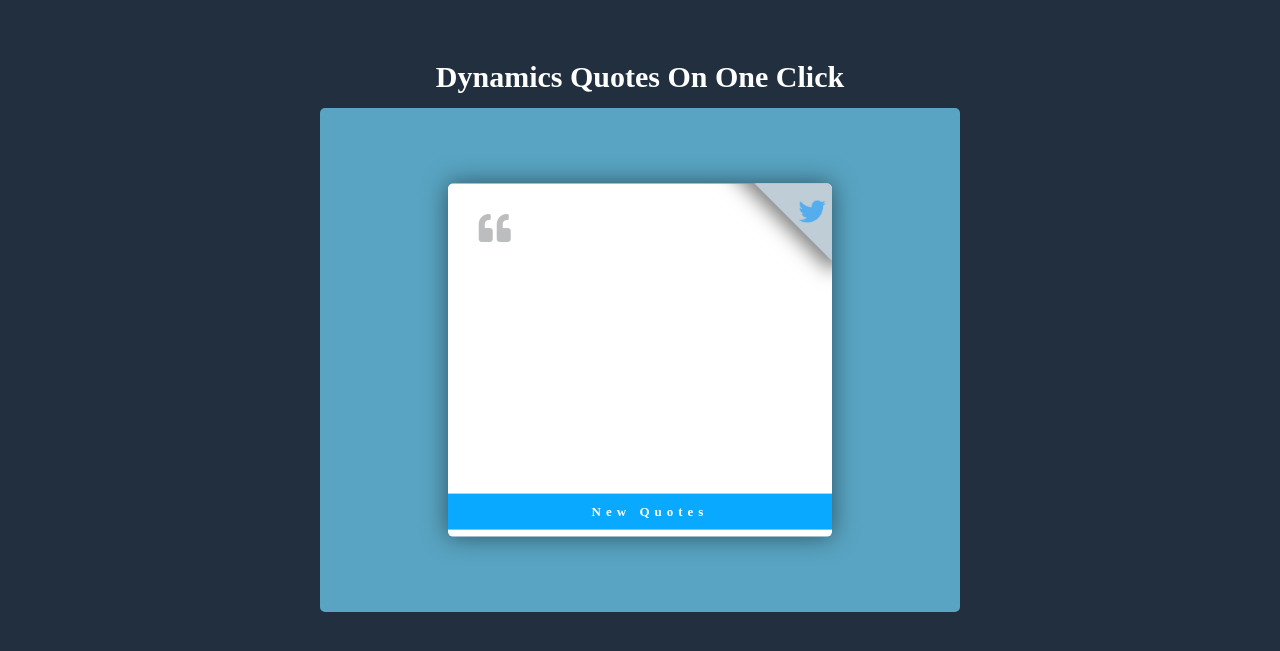
Repository: AalokJadhav/Dynamic_Quotes
Page: index.html
These files come from the project's save history. The page is drawn as it stood at one moment and after the next save; the edit follows.
The browser window is 1280 px wide. The pictures show the whole page.
The page's requests for data from a server got no answer. Some web libraries are served in a nearby version.

Above is the page before, as saved 2020-11-07 16:41:20.

### index.html
<!DOCTYPE html>
<html lang="en">

<head>
    <meta charset="UTF-8">
    <meta name="viewport" content="width=device-width, initial-scale=1.0">
    <link rel="stylesheet" href="https://cdnjs.cloudflare.com/ajax/libs/font-awesome/5.10.0/css/all.min.css" integrity="sha512-PgQMlq+nqFLV4ylk1gwUOgm6CtIIXkKwaIHp/PAIWHzig/lKZSEGKEysh0TCVbHJXCLN7WetD8TFecIky75ZfQ==" crossorigin="anonymous" />
    <link rel="stylesheet" href="https://unpkg.com/aos@2.3.1/dist/aos.css">
    <link rel="stylesheet" href="style.css">
    <title>Quotes</title>
</head>

<body>
    <h2 class="header">Dynamics Quotes On One Click</h2>
    <div class="container">
        <div class="inner" data-aos="zoom-in">
            <div class="box">
                <p class="number">
                    <img src="images/twitter_logo.png" alt="tweetMe" title="tweetMe" id="tweetMe">
                </p>
                <div class="text">
                    <i class='start-quote fas fa-quote-left'></i>
                    <p id="quotes" class="quote"></p>
                    <p id="author" class="author"></p>
                    <label class="button">
                        <p id="newQ">New Quotes</p>
                    </label>
                </div>
            </div>
        </div>
    </div>

    <script src="https://unpkg.com/aos@2.3.1/dist/aos.js"></script>
    <script>
        AOS.init();
        const quotes = document.getElementById('quotes');
        const author = document.getElementById('author');
        const newQ = document.getElementById('newQ');

        let realData = '';
        let quotesData = '';
        const tweetNow = () => {
            let tweetPost = `https://twitter.com/intent/tweet?text=${quotesData.text} ${quotesData.author}`;
            window.open(tweetPost);
        }
        let getNewQuotes = () => {
            let rnum = Math.floor(Math.random() * 20);
            quotesData = realData[rnum];
            console.log('Quote:', quotesData.text);
            console.log('Author:', quotesData.author);

            quotes.innerText = `${quotesData.text}`;
            // author.innerText = `${quotesData.author}`;
            quotesData.author == null? (author.innerText = 'Unknown'): author.innerText = `${quotesData.author}`

        }
        const getQuotes = async () => {
            const api = 'https://type.fit/api/quotes';
            try {
                let data = await fetch(api);
                realData = await data.json();
                getNewQuotes();
                console.log('Total Quotes Length:', realData.length);
                // console.log(realData[10].author);
            } catch (error) { }
        };
        newQ.addEventListener('click', getNewQuotes);
        tweetMe.addEventListener('click', tweetNow)
        getQuotes();
    </script>
</body>

</html>

### style.css
*{
    padding:0;
    margin:0;
}

body{
    background: #222f3e;
}

/* Header Title */
.header {
    padding: 60px;
    text-align: center;
    /* background: #1abc9c; */
    color: white;
    font-size: 30px;
  }
.container{
    position: absolute;
    top:50%;
    left:50%;
    transform : translate(-50%,-50%);
    width:50vw;
    height:70vh;
    background: rgb(88, 164, 194);
    border-radius: 5px;
    font-family: "dancing script" , cursive;
    overflow: hidden;
    color: #797d7f;
    letter-spacing: 0.5px;
    display: grid;
    place-items: center;
}

.inner{
    position: absolute;
    height: 100%;
    width: 75%;
    opacity: 1;
    -webkit-transition: 1s;
    transition: 1s;
}

.box{
    position: absolute;
    top : 50%;
    left:50%;
    width:80%;
    height:70%;
    transform: translate(-50%,-50%);
    background: white;
    border-radius: 5px;
    overflow: hidden;
    box-shadow: 0 0 1.5rem rgba(0,0,0,0.5);
    font-size: 1.3rem;
}

.number::before{
    content:"";
    position: absolute;
    top:-130px;
    right: 5px;
    width: 60px;
    height: 200px;
    background: rgb(190, 205, 214);
    transform: rotate(-45deg);
    z-index: -1;
    box-shadow: 0 0 1.2rem 0.5rem rgba(0,0,0,0.5);
}

.number {
    font-family: var(--sans);
    position: absolute;
    margin: 0;
    top:15px;
    right:15px;
    color : rgba(255,255,255,0.7);
}

.number img{
    width:40px;
    height:40px;
    position: absolute;
    left:-25px;
    top: -7px;
    cursor: pointer;
    animation: rot 1s linear;
}

.number:hover img{
    animation : rot 1s linear;
}

@keyframes rot{
    from{
        transform: rotate(0deg);
    }
    to{
        transform: rotate(360deg);
    }
}

.quote{
    position: absolute;
    top:40%;
    left:50%;
    transform: translate(-50%,-50%);
    width:80%;
    font-size: 1rem;;
}

.author{
    position: absolute;
    top: 68%;
    left :60%;
    font-size: small;
    font-weight: bolder;
}

.button{
    position: absolute;
    top:88%;
    background: rgb(8, 169, 255);
    color: white;
    cursor :pointer;
    width:100%;
    text-align: center;
    padding:10px;
    font-size: small;
    font-weight: 800;
    letter-spacing: 5px;
}

.button:hover{
    background-color: rgba(8, 169, 255 , 0.8) ;
}

.start-quote{
    position: absolute;
    left: 8%;
    top: 8%;
    opacity: 0.5;
    font-size: xx-large;
}

@media only screen and (max-width: 600px) {
    .container{
        width:100%;
    }
    .inner{
        width:95%
    }
    .start-quote{
        top:5%;
    }
    .quote{
        font-size: 0.9rem;
    }
}

After the next save:
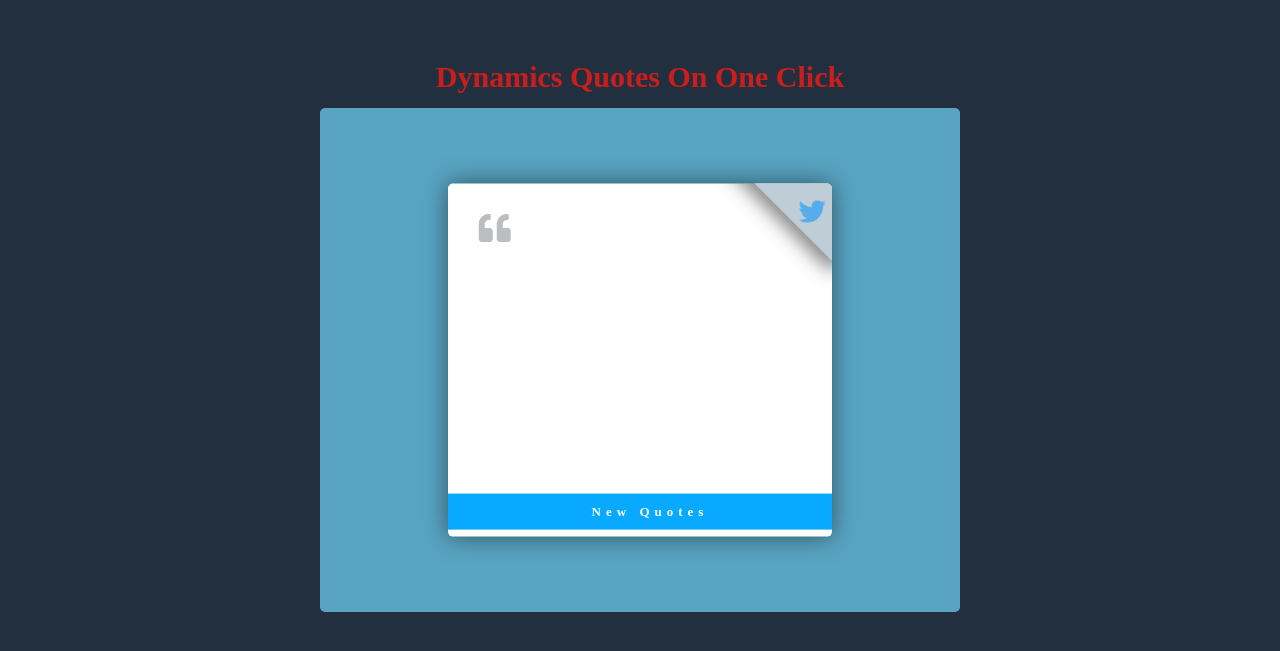
Saved 11 s later.
--- a/style.css
+++ b/style.css
@@ -12,7 +12,7 @@ body{
     padding: 60px;
     text-align: center;
     /* background: #1abc9c; */
-    color: white;
+    color: rgb(202, 30, 30);
     font-size: 30px;
   }
 .container{
